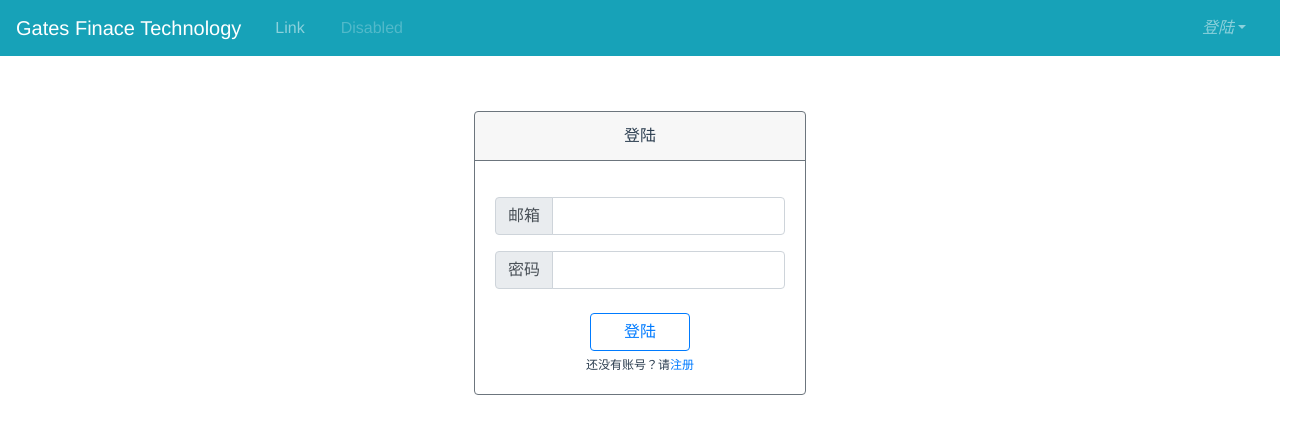
Repository: sqsssq/GatesFinace
Page: /login (app in webview/)
An editor plug-in stored every save of this project. The page is shown before and after the next save, followed by the edit.
The browser window is 1280 px wide. The page is 1295 px wide, so the pictures cover 1295 px, including what lies to the right of the window. The pictures show the whole page.
The project was rebuilt for these pictures with package versions that can differ from the ones it lists, and the page was loaded fresh each time. Also part of the build but not shown: webview/src/components/Global.vue, webview/src/components/HelloWorld.vue, webview/src/views/Home.vue, webview/src/components/gatesCarousel.vue, webview/src/views/main.vue.

Above is the page before, as saved 2020-11-03 18:08:09.

### webview/public/index.html
<!DOCTYPE html>
<html lang="en">
  <head>
    <meta charset="utf-8">
    <meta http-equiv="X-UA-Compatible" content="IE=edge">
    <meta name="viewport" content="width=device-width,initial-scale=1.0">
    <link rel="icon" href="<%= BASE_URL %>favicon.ico">
    <title><%= htmlWebpackPlugin.options.title %></title>
    <style>
      html, body{ margin:0; height:100%; }
    </style>
  </head>
  <body>
    <noscript>
      <strong>We're sorry but <%= htmlWebpackPlugin.options.title %> doesn't work properly without JavaScript enabled. Please enable it to continue.</strong>
    </noscript>
    <div id="app"></div>
    <!-- built files will be auto injected -->
  </body>
</html>

### webview/src/main.js
import Vue from 'vue'
import App from './App.vue'
import router from './router'
import store from './store'
import ElementUI from 'element-ui'
import 'element-ui/lib/theme-chalk/index.css'
import 'element-ui/lib/theme-chalk/base.css'
import { BootstrapVue, IconsPlugin } from 'bootstrap-vue'
import 'bootstrap/dist/css/bootstrap.css'
import 'bootstrap-vue/dist/bootstrap-vue.css'
import urlPath from './components/Global'

Vue.config.productionTip = false
Vue.use(ElementUI);
Vue.use(BootstrapVue);
Vue.use(IconsPlugin);
Vue.prototype.utlPath = urlPath.urlPath;

new Vue({
  router,
  store,
  render: h => h(App)
}).$mount('#app')

### webview/src/App.vue
<template>
  <div id="app">
    <!-- <div id="nav">
      <router-link to="/">Home</router-link> |
      <router-link to="/about">About</router-link>
    </div> -->
    <router-view/>
  </div>
</template>

<style lang="stylus">
#app
  font-family Avenir, Helvetica, Arial, sans-serif
  -webkit-font-smoothing antialiased
  -moz-osx-font-smoothing grayscale
  text-align center
  color #2c3e50
  margin-top 0px
  height 100%
</style>

### webview/src/router/index.js
import Vue from 'vue'
import VueRouter from 'vue-router'
import Home from '../views/Home.vue'
import Main from '../views/main.vue'
import Login from '../views/login.vue'

Vue.use(VueRouter)

const routes = [
  {
    path: '/',
    name: 'Home',
    component: Home
  },
  {
    path: '/about',
    name: 'About',
    // route level code-splitting
    // this generates a separate chunk (about.[hash].js) for this route
    // which is lazy-loaded when the route is visited.
    component: () => import(/* webpackChunkName: "about" */ '../views/About.vue')
  },
  {
    path: '/main',
    name: 'Main',
    component: Main
  },
  {
    path: '/login',
    name: 'Login',
    component: Login
  }
]

const router = new VueRouter({
  mode: 'history',
  base: process.env.BASE_URL,
  routes
})

export default router

### webview/src/views/login.vue
<!--
 * @Author: your name
 * @Date: 2020-11-01 17:40:45
 * @LastEditTime: 2020-11-03 08:31:04
 * @LastEditors: Please set LastEditors
 * @Description: In User Settings Edit
 * @FilePath: \webview\src\views\main.vue
-->
<template>
  <div class="container-fiuled" style="height: 100%;">
    <!-- <img alt="Vue logo" src="../assets/logo.png"> -->
    <!-- <HelloWorld msg="Welcome to Your Vue.js App" style="height:100%"/> -->
    <gatesNavbar />
    <div class="row" style="margin-top: 5px;">
      <div class="col"  style="padding-left: 0px; padding-right: 0px;">
      </div>
      <gatesLogin style="margin-top: 50px;"/>
      <div class="col"  style="padding-left: 0px; padding-right: 0px;">
      </div>
    </div>
  </div>
</template>

<script>
// @ is an alias to /src
import HelloWorld from '@/components/HelloWorld.vue'
import gatesNavbar from '@/components/gatesNavbar.vue'
import gatesLogin from '@/components/gatesLogin.vue'

export default {
  name: 'Home',
  components: {
    gatesNavbar,
    gatesLogin
  }
}
</script>

### webview/src/components/gatesNavbar.vue
<!--
 * @Author: your name
 * @Date: 2020-10-31 09:19:12
 * @LastEditTime: 2020-11-03 08:32:14
 * @LastEditors: Please set LastEditors
 * @Description: In User Settings Edit
 * @FilePath: \webview\src\components\HelloWorld.vue
-->
<template>
  <div>
    <b-navbar
      toggleable="lg"
      type="dark"
      variant="info"
    >
      <b-navbar-brand href="/main">Gates Finace Technology</b-navbar-brand>

      <b-navbar-toggle target="nav-collapse"></b-navbar-toggle>

      <b-collapse
        id="nav-collapse"
        is-nav
      >
        <b-navbar-nav>
          <b-nav-item href="#">Link</b-nav-item>
          <b-nav-item
            href="#"
            disabled
          >Disabled</b-nav-item>
        </b-navbar-nav>

        <!-- Right aligned nav items -->
        <b-navbar-nav class="ml-auto">
          <!-- <b-nav-form style="padding-top: 2px">
            <b-form-input
              size="sm"
              class="mr-sm-2"
              placeholder="Search"
            ></b-form-input>
            <b-button
              size="sm"
              class="my-2 my-sm-0"
              type="submit"
            >Search</b-button>
          </b-nav-form> -->

          <!-- <b-nav-item-dropdown text="Lang" right>
          <b-dropdown-item href="#">EN</b-dropdown-item>
          <b-dropdown-item href="#">ES</b-dropdown-item>
          <b-dropdown-item href="#">RU</b-dropdown-item>
          <b-dropdown-item href="#">FA</b-dropdown-item>
        </b-nav-item-dropdown> -->

          <b-nav-item-dropdown right>
            <!-- Using 'button-content' slot -->
            <template #button-content>
              <em>{{username == '' ? '登陆' : username}}</em>
            </template>
            <b-dropdown-item href="/login">登陆</b-dropdown-item>
            <b-dropdown-item href="#">注册</b-dropdown-item>
            <b-dropdown-item href="#">登出</b-dropdown-item>
          </b-nav-item-dropdown>
        </b-navbar-nav>
      </b-collapse>
    </b-navbar>
  </div>
</template>

<script>
import axios from 'axios';
export default {
  name: 'gatesNavbar',
  // props: {
  //   msg: String
  // }
  data () {
    return {
      username: ''
    }
  },
  methods: {
  },
  created () {
    // console.log(2);
    // this.getmsg();
  },
  mounted () {

    // this.createLogo();
  }
}
</script>

<!-- Add "scoped" attribute to limit CSS to this component only -->
<style scoped lang="stylus">
h3 {
  letter-spacing: 3px;
  color: #fff;
  font-weight: 500;
  margin-bottom: 10px;
  margin-top: 10px;
  font-size: 15px;
}

h2 {
  margin-top: 10px;
  color: #fff;
  letter-spacing: 10px;
  // font-size: 40px
  font-size: 20px;
}

ul {
  list-style-type: none;
  padding: 0;
}

li {
  display: inline-block;
  margin: 0 10px;
}

a {
  color: #42b983;
}
</style>

### webview/src/components/gatesLogin.vue
<!--
 * @Author: your name
 * @Date: 2020-10-31 09:19:12
 * @LastEditTime: 2020-11-03 08:32:14
 * @LastEditors: Please set LastEditors
 * @Description: In User Settings Edit
 * @FilePath: \webview\src\components\HelloWorld.vue
-->
<template>
  <div>
    <b-card
      border-variant="secondary"
      header="登陆"
      header-border-variant="secondary"
      align="center"
    >
      <!-- <b-card-text>Lorem ipsum dolor sit amet, consectetur adipiscing elit.</b-card-text> -->
      <b-input-group
        prepend="邮箱"
        class="mt-3"
      >
        <b-form-input v-model="loginData.username"></b-form-input>
      </b-input-group>
      <b-input-group
        prepend="密码"
        class="mt-3"
      >
        <b-form-input v-model="loginData.password" type="password"></b-form-input>
      </b-input-group>
      <br>
      <b-button
        @click="login()"
        variant="outline-primary"
        style="width: 100px;"
      >登陆</b-button>
      <br>
      <b-card-text style="font-size: 12px; margin-top: 5px;">还没有账号？请<router-link to="#">注册</router-link></b-card-text>
    </b-card>

  </div>
</template>

<script>
import axios from 'axios';
import global from './Global.vue'
export default {
  name: 'gatesLogin',
  // props: {
  //   msg: String
  // }
  data () {
    return {
      loginData: {
        username: '',
        password: ''
      }
    }
  },
  methods: {
    login () {
      // console.log(this.loginData.username);
      // console.log(this.loginData.password);
      let _this = this;
      if (_this.loginData.username == '' || _this.loginData.password == '') {
        alert('账号或密码不能为空');
      } else {
        const path = global.urlPath + '/login'
        console.log(this.loginData);
        axios.post(path, this.loginData)
        .then((res) => {
          // console.log(res);
          if (res.data.status == true) {
            alert('登陆成功');
          } else {
            alert("登录失败")
          }
        })
      }
    }
  },
  created () {
    // console.log(2);
    // this.getmsg();
  },
  mounted () {

    // this.createLogo();
  }
}
</script>

<!-- Add "scoped" attribute to limit CSS to this component only -->
<style scoped lang="stylus"></style>

Loaded but not shown: webview/src/store/index.js (common file)

After the next save:
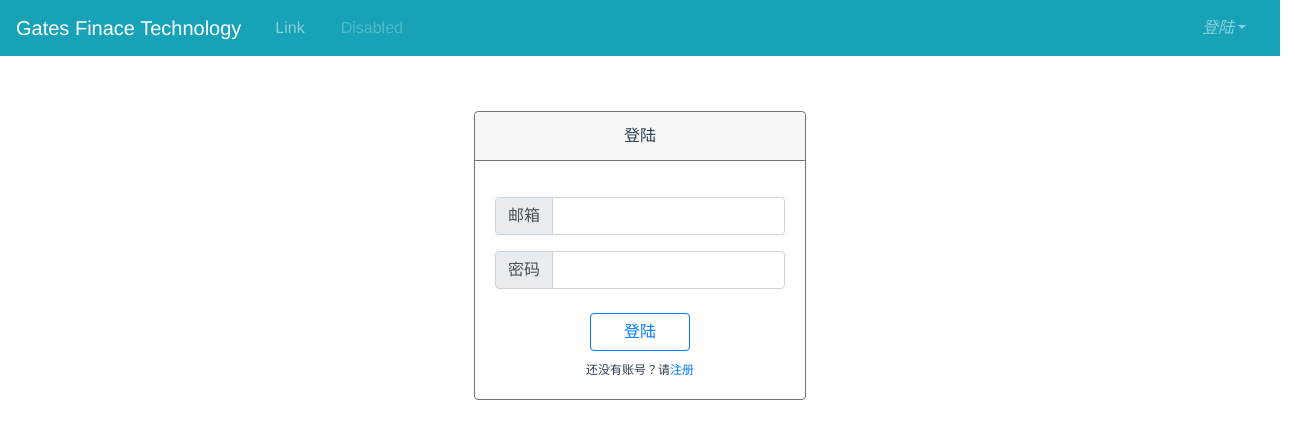
Saved 8 s later.
--- a/webview/src/components/gatesLogin.vue
+++ b/webview/src/components/gatesLogin.vue
@@ -34,7 +34,7 @@
         style="width: 100px;"
       >登陆</b-button>
       <br>
-      <b-card-text style="font-size: 12px; margin-top: 5px;">还没有账号？请<router-link to="#">注册</router-link></b-card-text>
+      <b-card-text style="font-size: 12px; margin-top: 10px;">还没有账号？请<router-link to="#">注册</router-link></b-card-text>
     </b-card>
 
   </div>
